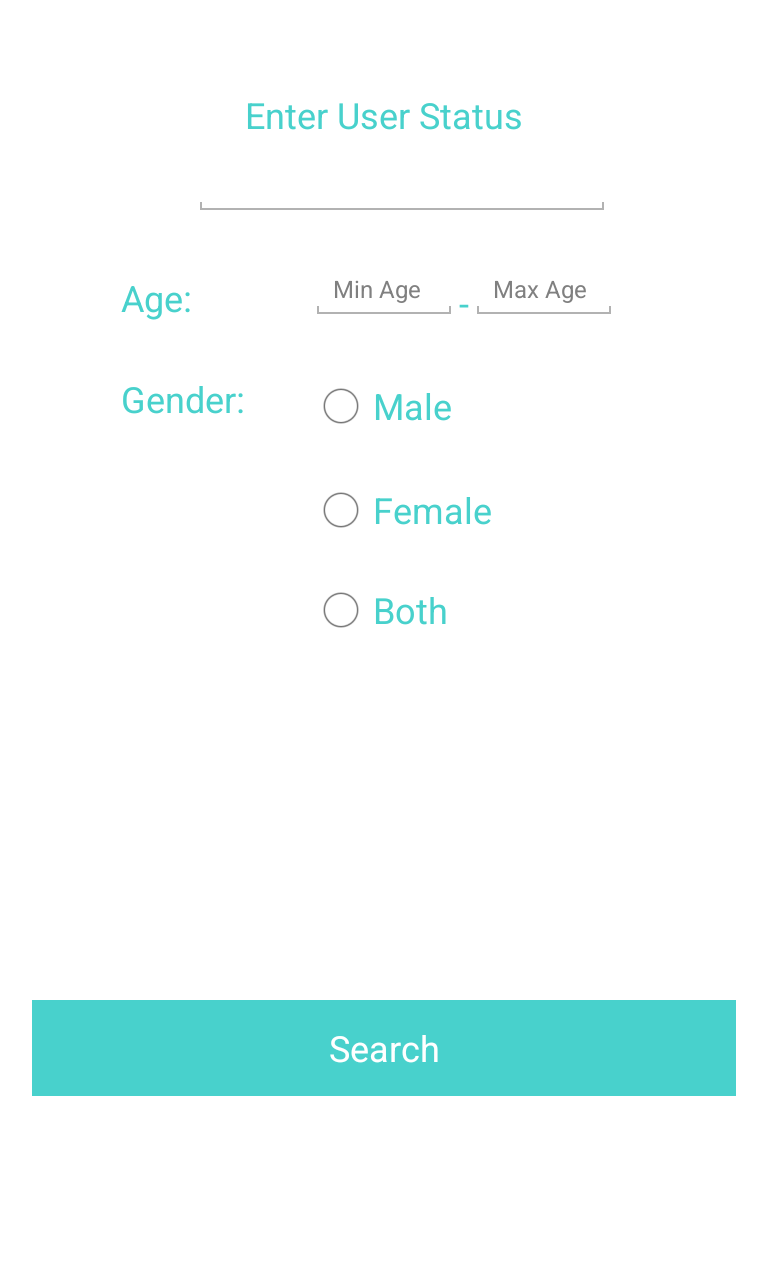
Repository: COMP231-S63G1/COMP231-S63G1
Layout: Wanna/res/layout/activity_search_user_filtration.xml
These files come from the project's save history. The layout is drawn as it stood at one moment and after the next save; the edit follows.
It is drawn on a 768 x 1280 px phone screen (xhdpi) without system bars, with theme AppTheme; the app's code is not run.

Above is the layout before, as saved 2014-11-27 17:07:11.

### Wanna/res/layout/activity_search_user_filtration.xml
<RelativeLayout xmlns:android="http://schemas.android.com/apk/res/android"
    xmlns:tools="http://schemas.android.com/tools"
    android:layout_width="match_parent"
    android:layout_height="match_parent"
    android:paddingBottom="@dimen/activity_vertical_margin"
    android:paddingLeft="@dimen/activity_horizontal_margin"
    android:paddingRight="@dimen/activity_horizontal_margin"
    android:paddingTop="@dimen/activity_vertical_margin"
    tools:context="com.example.wanna.SearchByStatus" >

  <TextView
        android:id="@+id/tvSearchUserStatus"
        android:layout_width="wrap_content"
        android:layout_height="wrap_content"
        android:layout_alignParentTop="true"
        android:layout_centerHorizontal="true"
        android:layout_marginTop="29dp"
        android:text="Enter User Status"
        android:textColor="#48D1CC"
        android:textSize="18sp" />

    <EditText
        android:id="@+id/etStatus"
        android:inputType="text"
        android:layout_width="wrap_content"
        android:layout_height="wrap_content"
        android:layout_below="@id/tvSearchUserStatus"
        android:layout_toRightOf="@id/tvAge"
        android:ems="10" />

    <TextView
        android:id="@+id/tvAge"
        android:layout_width="wrap_content"
        android:layout_height="wrap_content"
        android:layout_above="@id/tvGender"
        android:layout_alignLeft="@id/tvGender"
        android:text="Age:"
        android:textColor="#48D1CC"
        android:textSize="18sp" />

    <EditText
        android:id="@+id/etMinAge"
        android:layout_width="75sp"
        android:layout_height="wrap_content"
        android:layout_below="@id/etStatus"
        android:layout_centerHorizontal="true"
        android:layout_marginTop="20dp"
        android:textSize="12sp"
        android:hint="Min Age"
        android:inputType="number" />

    <TextView
        android:id="@+id/tvdash"
        android:layout_width="wrap_content"
        android:layout_height="wrap_content"
        android:layout_below="@id/etStatus"
        android:layout_marginTop="30dp"
        android:layout_toRightOf="@id/etMinAge"
        android:text="-"
        android:textColor="#48D1CC"
        android:textSize="18sp" />

    <EditText
        android:id="@+id/etMaxAge"
        android:layout_width="75sp"
        android:layout_height="wrap_content"
        android:layout_below="@id/etStatus"
        android:layout_toRightOf="@id/tvdash"
        android:hint="Max Age"
        android:textSize="12sp"
        android:ems="10"
        android:layout_marginTop="20dp"
        android:inputType="number" />

    <TextView
        android:id="@+id/tvGender"
        android:layout_width="wrap_content"
        android:layout_height="wrap_content"
        android:layout_below="@id/etMinAge"
        android:layout_marginTop="26dp"
        android:layout_toLeftOf="@+id/tvSearchUserStatus"
        android:text="Gender:"
        android:textColor="#48D1CC"
        android:textSize="18sp" />

    <Button
        android:id="@+id/btnSearch"
        android:layout_width="fill_parent"
        android:layout_height="wrap_content"
        android:layout_alignParentBottom="true"
        android:layout_alignParentRight="true"
        android:layout_marginBottom="76dp"
        android:background="#48D1CC"
        android:text="Search"
        android:textColor="#ffffff"
        android:onClick="onSearchClick" />

    <RadioGroup
        android:id="@+id/rgFilterGender"
        android:layout_width="wrap_content"
        android:layout_height="wrap_content"
        android:layout_alignLeft="@+id/etMinAge"
        android:layout_alignTop="@+id/tvGender"
        android:orientation="vertical" >

        <RadioButton
            android:id="@+id/rbtnMale"
            android:layout_width="wrap_content"
            android:layout_height="wrap_content"
            android:text="Male"
            android:textColor="#48D1CC"
            android:textSize="18sp" />

        <RadioButton
            android:id="@+id/rbtnFemale"
            android:layout_width="wrap_content"
            android:layout_height="wrap_content"
            android:layout_marginTop="20dp"
            android:text="Female"
            android:textColor="#48D1CC"
            android:textSize="18sp" />

        <RadioButton
            android:id="@+id/rbtnBoth"
            android:layout_width="wrap_content"
            android:layout_height="wrap_content"
            android:layout_marginTop="18dp"
            android:text="Both"
            android:textColor="#48D1CC"
            android:textSize="18sp" />
    </RadioGroup>

</RelativeLayout>

Loaded but not shown: Wanna/res/values/styles.xml (common file); Wanna/res/values-v11/styles.xml (common file); Wanna/res/values-v14/styles.xml (common file); Wanna/res/values/dimens.xml (common file); Wanna/res/values-w820dp/dimens.xml (common file)

After the next save:
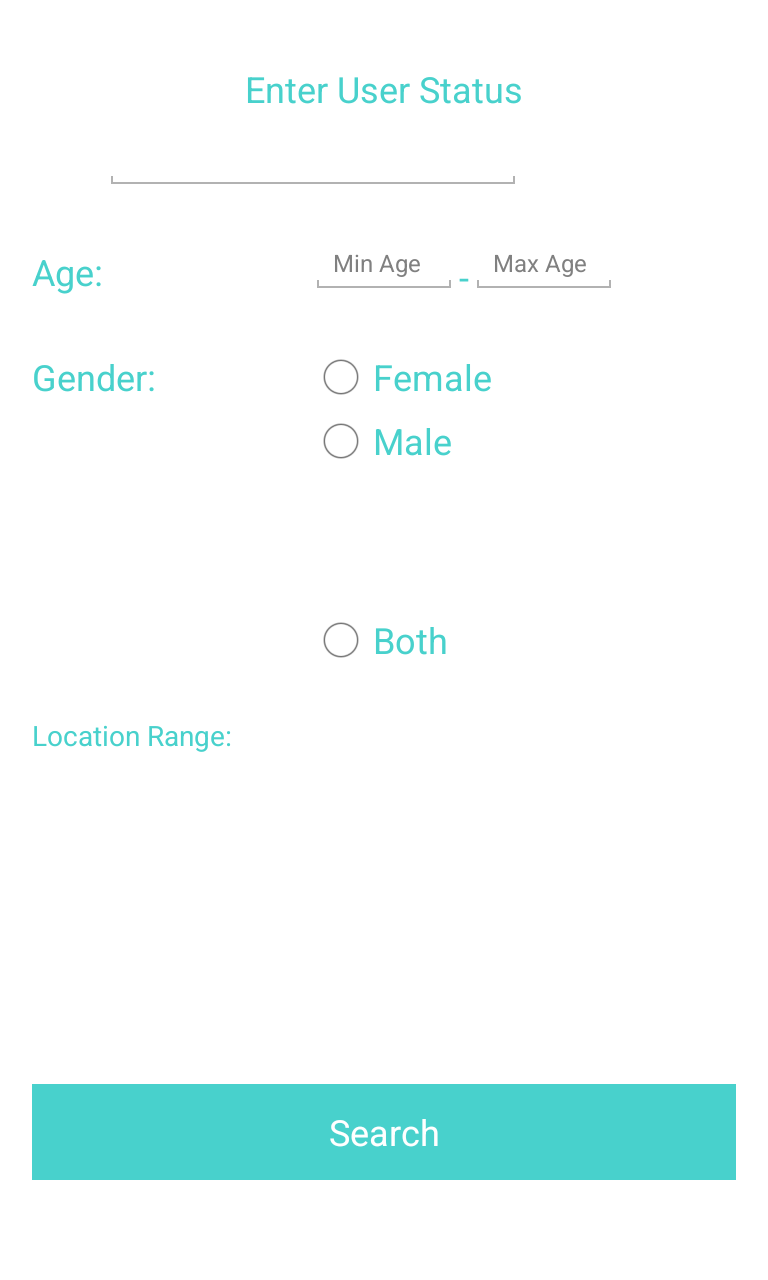
Saved 15 min 36 s later.
--- a/Wanna/res/layout/activity_search_user_filtration.xml
+++ b/Wanna/res/layout/activity_search_user_filtration.xml
@@ -8,25 +8,14 @@
     android:paddingTop="@dimen/activity_vertical_margin"
     tools:context="com.example.wanna.SearchByStatus" >
 
-  <TextView
-        android:id="@+id/tvSearchUserStatus"
-        android:layout_width="wrap_content"
-        android:layout_height="wrap_content"
-        android:layout_alignParentTop="true"
-        android:layout_centerHorizontal="true"
-        android:layout_marginTop="29dp"
-        android:text="Enter User Status"
-        android:textColor="#48D1CC"
-        android:textSize="18sp" />
-
     <EditText
         android:id="@+id/etStatus"
-        android:inputType="text"
         android:layout_width="wrap_content"
         android:layout_height="wrap_content"
         android:layout_below="@id/tvSearchUserStatus"
         android:layout_toRightOf="@id/tvAge"
-        android:ems="10" />
+        android:ems="10"
+        android:inputType="text" />
 
     <TextView
         android:id="@+id/tvAge"
@@ -45,9 +34,9 @@
         android:layout_below="@id/etStatus"
         android:layout_centerHorizontal="true"
         android:layout_marginTop="20dp"
-        android:textSize="12sp"
         android:hint="Min Age"
-        android:inputType="number" />
+        android:inputType="number"
+        android:textSize="12sp" />
 
     <TextView
         android:id="@+id/tvdash"
@@ -65,20 +54,31 @@
         android:layout_width="75sp"
         android:layout_height="wrap_content"
         android:layout_below="@id/etStatus"
+        android:layout_marginTop="20dp"
         android:layout_toRightOf="@id/tvdash"
+        android:ems="10"
         android:hint="Max Age"
-        android:textSize="12sp"
-        android:ems="10"
-        android:layout_marginTop="20dp"
-        android:inputType="number" />
+        android:inputType="number"
+        android:textSize="12sp" />
+
+    <TextView
+        android:id="@+id/tvSearchUserStatus"
+        android:layout_width="wrap_content"
+        android:layout_height="wrap_content"
+        android:layout_alignParentTop="true"
+        android:layout_centerHorizontal="true"
+        android:layout_marginTop="16dp"
+        android:text="Enter User Status"
+        android:textColor="#48D1CC"
+        android:textSize="18sp" />
 
     <TextView
         android:id="@+id/tvGender"
         android:layout_width="wrap_content"
         android:layout_height="wrap_content"
-        android:layout_below="@id/etMinAge"
-        android:layout_marginTop="26dp"
-        android:layout_toLeftOf="@+id/tvSearchUserStatus"
+        android:layout_alignLeft="@+id/btnSearch"
+        android:layout_below="@+id/etMinAge"
+        android:layout_marginTop="28dp"
         android:text="Gender:"
         android:textColor="#48D1CC"
         android:textSize="18sp" />
@@ -88,46 +88,62 @@
         android:layout_width="fill_parent"
         android:layout_height="wrap_content"
         android:layout_alignParentBottom="true"
-        android:layout_alignParentRight="true"
-        android:layout_marginBottom="76dp"
+        android:layout_centerHorizontal="true"
+        android:layout_marginBottom="34dp"
         android:background="#48D1CC"
+        android:onClick="onSearchClick"
         android:text="Search"
-        android:textColor="#ffffff"
-        android:onClick="onSearchClick" />
+        android:textColor="#ffffff" />
+
+    <TextView
+        android:id="@+id/textView1"
+        android:layout_width="wrap_content"
+        android:layout_height="wrap_content"
+        android:layout_alignLeft="@+id/btnSearch"
+        android:layout_below="@+id/rbtnBoth"
+        android:layout_marginTop="22dp"
+        android:text="Location Range:"
+        android:textColor="#48D1CC"
+        />
+
+    <RadioButton
+        android:id="@+id/rbtnFemale"
+        android:layout_width="wrap_content"
+        android:layout_height="wrap_content"
+        android:layout_alignBaseline="@+id/tvGender"
+        android:layout_alignBottom="@+id/tvGender"
+        android:layout_alignLeft="@+id/etMinAge"
+        android:text="Female"
+        android:textColor="#48D1CC"
+        android:textSize="18sp" />
 
     <RadioGroup
         android:id="@+id/rgFilterGender"
         android:layout_width="wrap_content"
         android:layout_height="wrap_content"
         android:layout_alignLeft="@+id/etMinAge"
-        android:layout_alignTop="@+id/tvGender"
+        android:layout_below="@+id/rbtnFemale"
         android:orientation="vertical" >
-
-        <RadioButton
-            android:id="@+id/rbtnMale"
-            android:layout_width="wrap_content"
-            android:layout_height="wrap_content"
-            android:text="Male"
-            android:textColor="#48D1CC"
-            android:textSize="18sp" />
-
-        <RadioButton
-            android:id="@+id/rbtnFemale"
-            android:layout_width="wrap_content"
-            android:layout_height="wrap_content"
-            android:layout_marginTop="20dp"
-            android:text="Female"
-            android:textColor="#48D1CC"
-            android:textSize="18sp" />
-
-        <RadioButton
-            android:id="@+id/rbtnBoth"
-            android:layout_width="wrap_content"
-            android:layout_height="wrap_content"
-            android:layout_marginTop="18dp"
-            android:text="Both"
-            android:textColor="#48D1CC"
-            android:textSize="18sp" />
     </RadioGroup>
 
+    <RadioButton
+        android:id="@+id/rbtnMale"
+        android:layout_width="wrap_content"
+        android:layout_height="wrap_content"
+        android:layout_alignLeft="@+id/etMinAge"
+        android:layout_below="@+id/rgFilterGender"
+        android:text="Male"
+        android:textColor="#48D1CC"
+        android:textSize="18sp" />
+
+    <RadioButton
+        android:id="@+id/rbtnBoth"
+        android:layout_width="wrap_content"
+        android:layout_height="wrap_content"
+        android:layout_alignLeft="@+id/rgFilterGender"
+        android:layout_centerVertical="true"
+        android:text="Both"
+        android:textColor="#48D1CC"
+        android:textSize="18sp" />
+
 </RelativeLayout>
